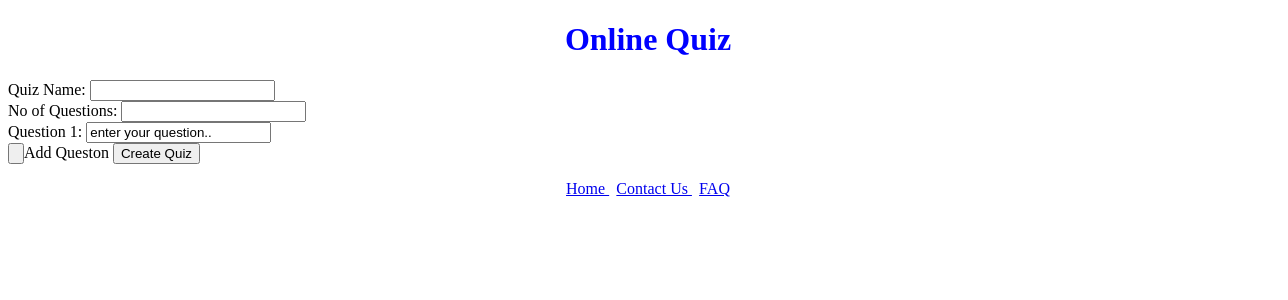
Repository: KaushikVeluruWorld/KaushikJava
Page: http://localhost/OnlineQuiz/newquiz.jsp
The author's editor kept a copy of each file at every save. The page is drawn from the files as they stood at one save, then again after the next save.
The browser window is 1280 px wide. The page is 1288 px wide, so the pictures cover 1288 px, including what lies to the right of the window. The pictures show the whole page.
The page is served by Tomcat 9. Other server files are loaded and not shown.

Above is the page before, as saved 2015-03-05 11:15:54.

### Online Quiz Tool/OnlineQuiz/WebContent/newquiz.jsp
<%@ page language="java" contentType="text/html; charset=ISO-8859-1"
    pageEncoding="ISO-8859-1"%>
<!DOCTYPE html PUBLIC "-//W3C//DTD HTML 4.01 Transitional//EN" "http://www.w3.org/TR/html4/loose.dtd">
<html>
<head>
<meta http-equiv="Content-Type" content="text/html; charset=ISO-8859-1">
<title>Create New Quiz</title>
<script>

</script>
</head>
<body>

<jsp:include page="header.jsp"></jsp:include>
<form action="viewQuiz.jsp" method="GET">
Quiz Name: <input name="quizname" type="text"></input> <br/>
No of Questions: <input name="QuizSize" type="text"></input><br/>

Question 1: <input type="text" name="qn1" value="enter your question.."/><br/>

<input type="button" name="addQnButton">Add Queston</input>

<input type="submit" value="Create Quiz">
</form>

<jsp:include page="footer.jsp"></jsp:include>
</body>
</html>

### Online Quiz Tool/OnlineQuiz/WebContent/header.jsp
<%@ page language="java" contentType="text/html; charset=ISO-8859-1"
    pageEncoding="ISO-8859-1"%>
<!DOCTYPE html PUBLIC "-//W3C//DTD HTML 4.01 Transitional//EN" "http://www.w3.org/TR/html4/loose.dtd">
<html>
<head>
<meta http-equiv="Content-Type" content="text/html; charset=ISO-8859-1">
<title>Header</title>
</head>

<body style="height: 25px%; width: 100%;">

<h1 align="center" style="color: blue"><b>Online Quiz</b></h1>

</body>
</html>

### Online Quiz Tool/OnlineQuiz/WebContent/footer.jsp
<%@ page language="java" contentType="text/html; charset=ISO-8859-1"
    pageEncoding="ISO-8859-1"%>
<!DOCTYPE html PUBLIC "-//W3C//DTD HTML 4.01 Transitional//EN" "http://www.w3.org/TR/html4/loose.dtd">
<html>
<head>
<meta http-equiv="Content-Type" content="text/html; charset=ISO-8859-1">
<title>Footer</title>
</head>

<body  style="height: 50px; width: 100%;">

<p align="center" style="color: white" >

<a style="" href="home.jsp">Home </a> |
<a href="ContactUs.html">Contact Us </a> |
<a href="FAQ.html">FAQ </a>
</p>

</body>
</html>

After the next save:
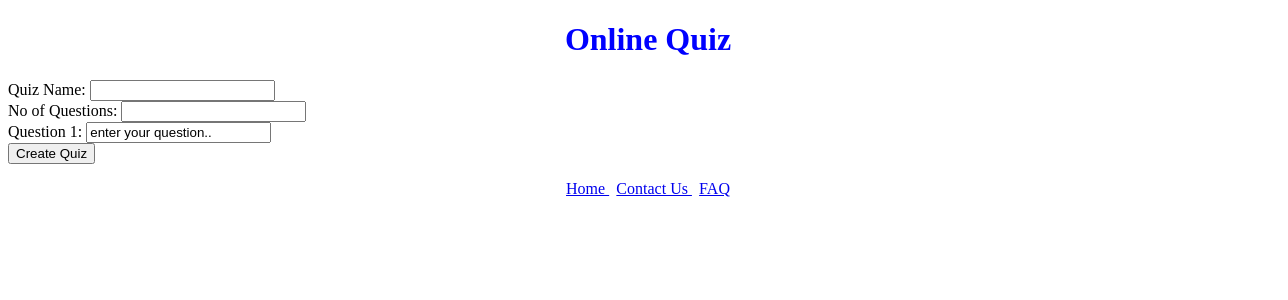
Saved 4 s later.
--- a/Online Quiz Tool/OnlineQuiz/WebContent/newquiz.jsp
+++ b/Online Quiz Tool/OnlineQuiz/WebContent/newquiz.jsp
@@ -18,7 +18,7 @@ No of Questions: <input name="QuizSize" type="text"></input><br/>
 
 Question 1: <input type="text" name="qn1" value="enter your question.."/><br/>
 
-<input type="button" name="addQnButton">Add Queston</input>
+
 
 <input type="submit" value="Create Quiz">
 </form>
